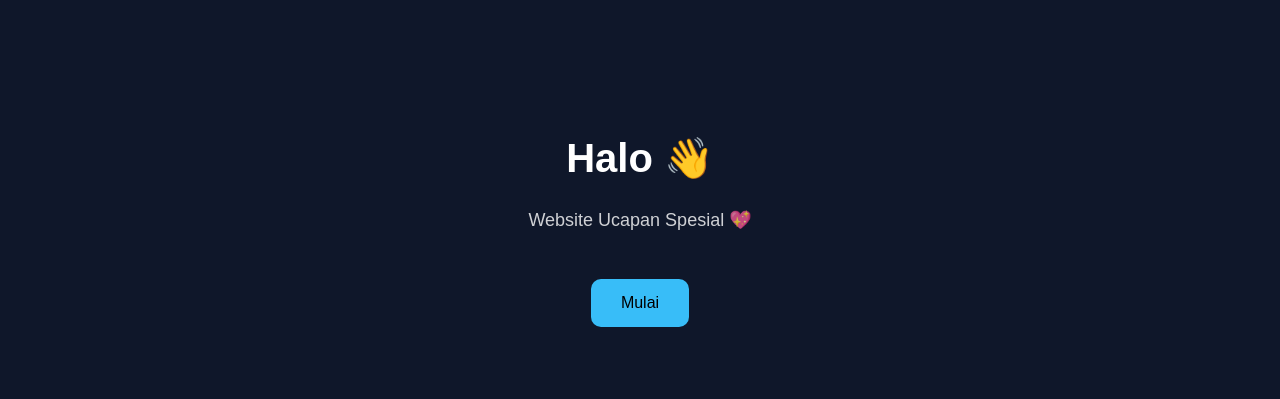
Repository: mufti-1448/web-ucapan
Page: index.html
The author's editor kept a copy of each file at every save. The page is drawn from the files as they stood at one save, then again after a run of saves.
The browser window is 1280 px wide. The pictures show the whole page.

Above is the page before, as saved 2026-02-16 15:05:30.

After the next 2 saves:
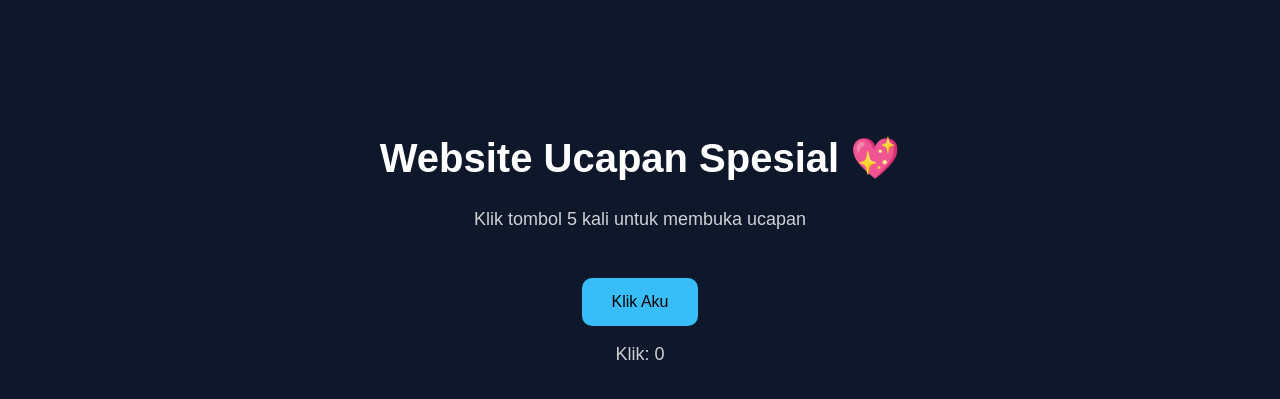
The 2 saves are shown as one change because they came seconds apart.
The last was saved 46 s later.
--- a/index.html
+++ b/index.html
@@ -5,10 +5,17 @@
     <link rel="stylesheet" href="style.css" />
   </head>
   <body>
-    <h1>Halo 👋</h1>
-    <p>Website Ucapan Spesial 💖</p>
+    <h1 id="judul">Website Ucapan Spesial 💖</h1>
+    <p id="info">Klik tombol 5 kali untuk membuka ucapan</p>
 
-    <button id="btnMulai">Mulai</button>
+    <button id="btnMulai">Klik Aku</button>
+
+    <p id="counter">Klik: 0</p>
+
+    <p id="ucapan" style="display: none">
+      🎉 Selamat! Ini ucapan spesial untukmu 💖
+    </p>
+
     <script src="script.js"></script>
   </body>
 </html>
